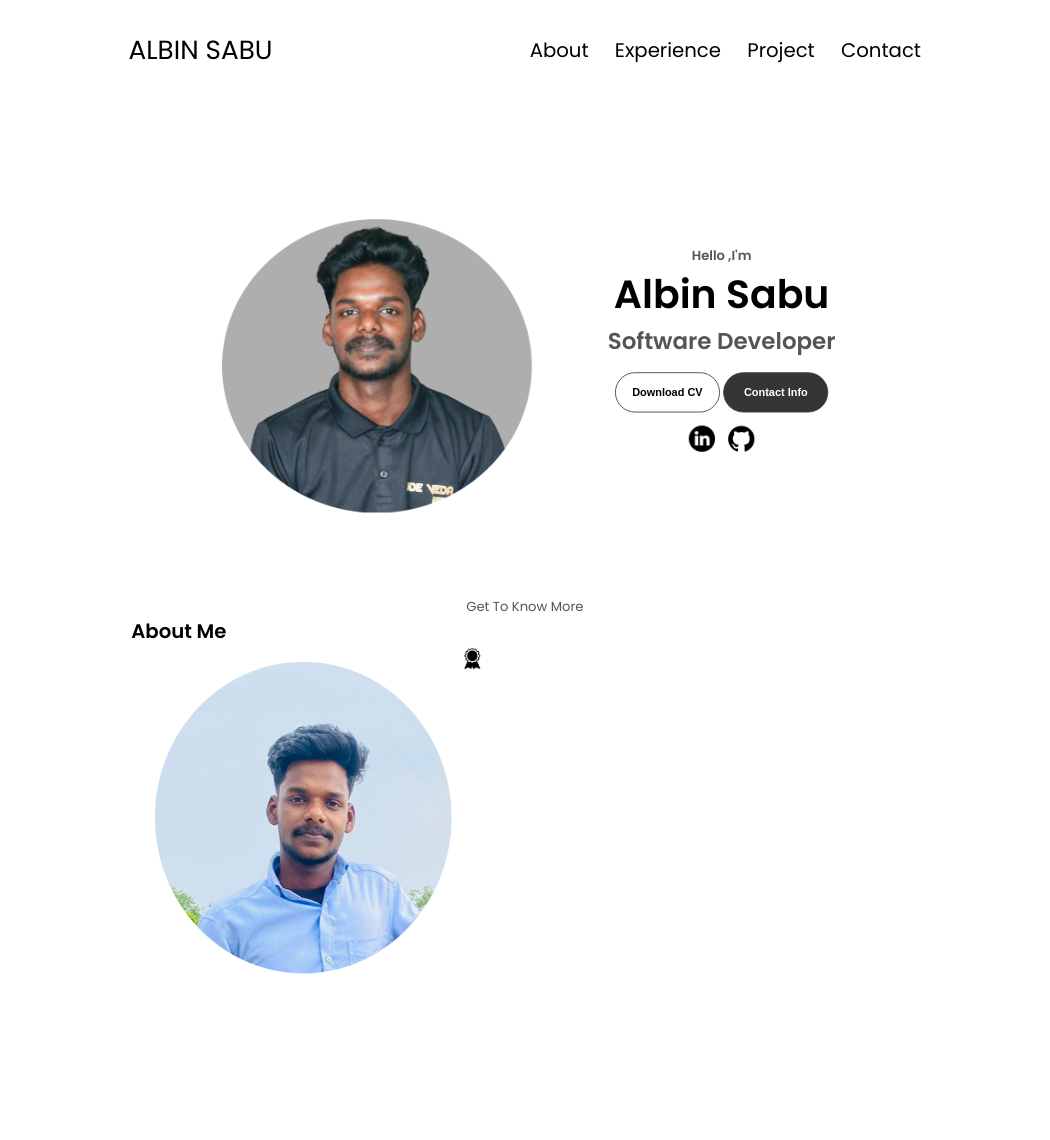
Repository: albinsabu2023/albinsabu
Page: index.html
The author's editor kept a copy of each file at every save. The page is drawn from the files as they stood at one save, then again after the next save.
The browser window is 1280 px wide. The pictures show the whole page, at 82% of full size.

Above is the page before, as saved 2023-08-30 11:50:14.

### index.html
<!DOCTYPE html>
<html lang="en">
<link>
    <meta charset="UTF-8">
    <meta name="viewport" content="width=device-width, initial-scale=1.0">
    <title>Albin Sabu</title>
    <link rel="stylesheet" href="style.css"/>
    <link rel="stylesheet" href="mediaqueries.css">
</head>
<body>
    <nav id="desktop-nav">
        <div class="logo">
            ALBIN SABU
        </div>
        <div>
            <ul class="nav-links">
                <li><a href="#about">About</a></li>
                <li><a href="#experience">Experience</a></li>
                <li><a href="#project">Project</a></li>
                <li><a href="#contact">Contact</a></li>
            </ul>
        </div>
    </nav>
    <nav id="hamburger-nav">
        <div clas="logo"> ALBIN SABU</div>
        <div class="hamburger-menu">
            <div class="hamburger-icon" onclick="toggleMenu()">
                <span></span>
                <span></span>
                <span></span>
            </div>
            <div class="menu-links">
                <li><a href="#about" onclick="toggleMenu()">About</a></li>
                <li><a href="#about" onclick="toggleMenu()">Experience</a></li>
                <li><a href="#about" onclick="toggleMenu()">Project</a></li>
                <li><a href="#about" onclick="toggleMenu()">Contact</a></li>
            </div>
        </div>
    </nav>
    <section id="profile">
        <div class="section__pic-container">
            <img src="./assets/Albin Sabu2.png" alt="profile-pic">
        </div>
        <div class="section__text">
            <p class="section__text__p1">Hello ,I'm</p>
            <h1 class="title">Albin Sabu</h1>
            <p class="section__text__p2">Software Developer</p>
            <div class="btn_container">
                <button class="btn btn-color-2" onclick="window.open('./assets/Albin sabu.pdf')">Download CV</button>
                <button class="btn btn-color-1" onclick="location.href='#contact'">Contact Info</button>
            </div>
            <div id="social-container">
                <img src="./assets/linkedin.png" alt="My Linkedin Profile" class="icon" onclick="location.href='https://www.linkedin.com/in/albin-sabu-377798230'">
                <img src="./assets/github.png" alt="My Github Profile" class="icon" onclick="location.href='https://github.com/albinsabu2023'">

            </div>
        </div>
    </section>
    <section id="about">
        <p class="section__text__p1">Get To Know More</p>
        <h1>About Me</h1>
        <div class="section-container">
            <div class="section__pic-container">
                <img src="./assets//about-pic.png" alt="profilepicture" class="about-pic">
            </div>
            <div class="about-details-container">
                <div class="about-container">
                    <div class="details-container">
                        <img src="./assets/experience.png" alt="experience icon" class="icon">
                    </div>
                </div>

            </div>
        </div>
    </section>
    <script src="script.js"></script>
</body>
</html>

### style.css
@import url('https://fonts.googleapis.com/css2?family=Poppins:ital,wght@0,300;0,400;0,500;0,600;1,200;1,300;1,500;1,600&display=swap');

* {
    margin: 0;
    padding: 0;
}

body {
    font-family: 'Poppins', sans-serif;
}

html {
    scroll-behavior: smooth;
}

p {
    color: rgb(85, 85, 85);
}

a,
.btn {
    transition: all 300ms ease
}

/* Desktop navigation */
nav,
.nav-links {
    display: flex;

}

nav {
    justify-content: space-around;
    align-items: center;
    height: 17vh;

}

.nav-links {
    gap: 2rem;
    list-style: none;
    font-size: 1.5rem;
}
a{
    color:black;
    text-decoration: none;
    text-decoration-color: white;
}

a:hover{
    color:gray;
    text-decoration:underline;
    text-underline-offset:1rem ;
    text-decoration-color:rgb(181,181,181);
}

.logo{
    font-size:2rem;
}

#hamburger-nav{
    display:none;
}
.hamburger-menu{
    position: relative;
    display:inline-block;
}
.hamburger-icon{
    display: flex;
    flex-direction: column;
    justify-content: space-between;
    height: 24px;
    width: 30px;
    cursor: pointer;
}

.hamburger-icon span{
    width:100%;
    height: 2px;
    background-color: black;
    transition: all 0.3 ease-in-out;
}

.menu-links{
    position:absolute;
    top:100%;
    right:0%;

    width: fit-content;
    max-height: 0;
    overflow: hidden;
    transition: all 0.3 ease-in-out;
}

.menu-links{
    display: block;
    padding: 10px;
    text-align: center;
    font-size: 1.5rem;
    color: black;
    text-decoration: none;
    transform: all 0.3 ease-in-out;
}

.menu-links li{
    list-style: none;

}

.menu-links.open{
    max-height: 300px;
}

.hamburger-icon.open span:first-child{
    transform:rotate(45deg) translate(10px,5px);
}
.hamburger-icon.open span:nth-child(2){
   opacity:0;
}
.hamburger-icon.open span:last-child{
    transform:rotate(-45deg) translate(10px,-5px);
}

.hamburger-icon span:first-child{
    transform: none;
}
.hamburger-icon span:first-child{
    opacity:1;
}
.hamburger-icon span:first-child{
    transform: none;
}

section{
    padding-top:4vh ;
    height: 96vh;
    margin: 0 10rem;
    box-sizing: border-box;
    min-height: fit-content;
}

.section-container{
    display: flex;
}

#profile{
    display: flex;
    justify-content: center;
    gap: 5rem;
    height:  80vh;
}

.section__pic-container{
    display: flex;
    height: 400px;
    width: 400px;
    margin: auto 0;
}

.section__text{

    align-self:center;
    text-align: center;
}

.section__text p{
    font-weight: 600;
}
.section__text__p1{
    text-align: center;

}
.section__text__p2 {

    font-size: 1.75rem;
    margin-bottom: 1rem;
}

.title{
    font-size:3rem;
    text-align: center;
}
#social-container{
    display: flex;
    justify-content: center;
    margin-top: 1rem;
    gap: 1rem;
}

/* icon */
.icon{
    cursor: pointer;
    height: 2rem;
}

.btn-container{
    display: flex;
    justify-content:center;
    gap: 1rem;
}
.btn{
    font-weight: 600;
    transition: all 300ms ease;
    padding: 1rem;
    width: 8rem;
    border-radius: 2rem;

}

.btn-color-1,.btn-color-2{
    border:rgb(53,53,53) 0.1rem solid;
}
.btn-color-1:hover,
.btn-color-2:hover {
   cursor:pointer
}
.btn-color-1,
.btn-color-2:hover {
   background: rgb(53,53,53);
   color: white;
}

.btn-color-1:hover{
    background-color: rgb(0,0,0);

}
.btn-color-2{
    background:none
    ;
}
.btn-color-2:hover{
    border:rgb(255,255,255) 0.1rem solid;
}

### mediaqueries.css
@media screen and (max-width:1200px){
    #desktop-nav{
        display: none;
    }
    #hamburger-nav{
        display: flex;
    }
}

Loaded but not shown: script.js (common file)

After the next save:
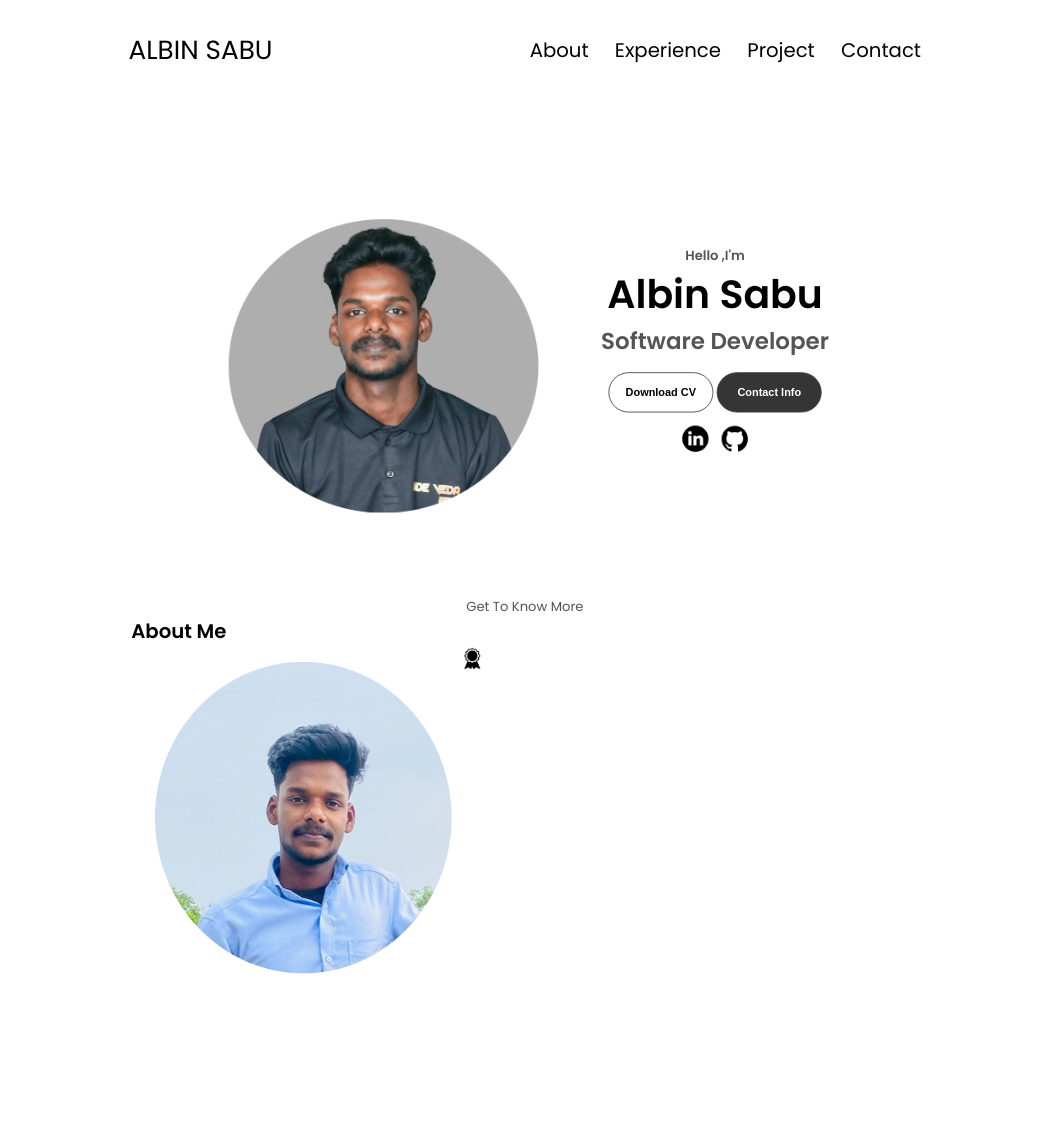
Saved 65 s later.
--- a/style.css
+++ b/style.css
@@ -146,7 +146,7 @@
 #profile{
     display: flex;
     justify-content: center;
-    gap: 5rem;
+    gap: 4rem;
     height:  80vh;
 }
 

After the save that followed:
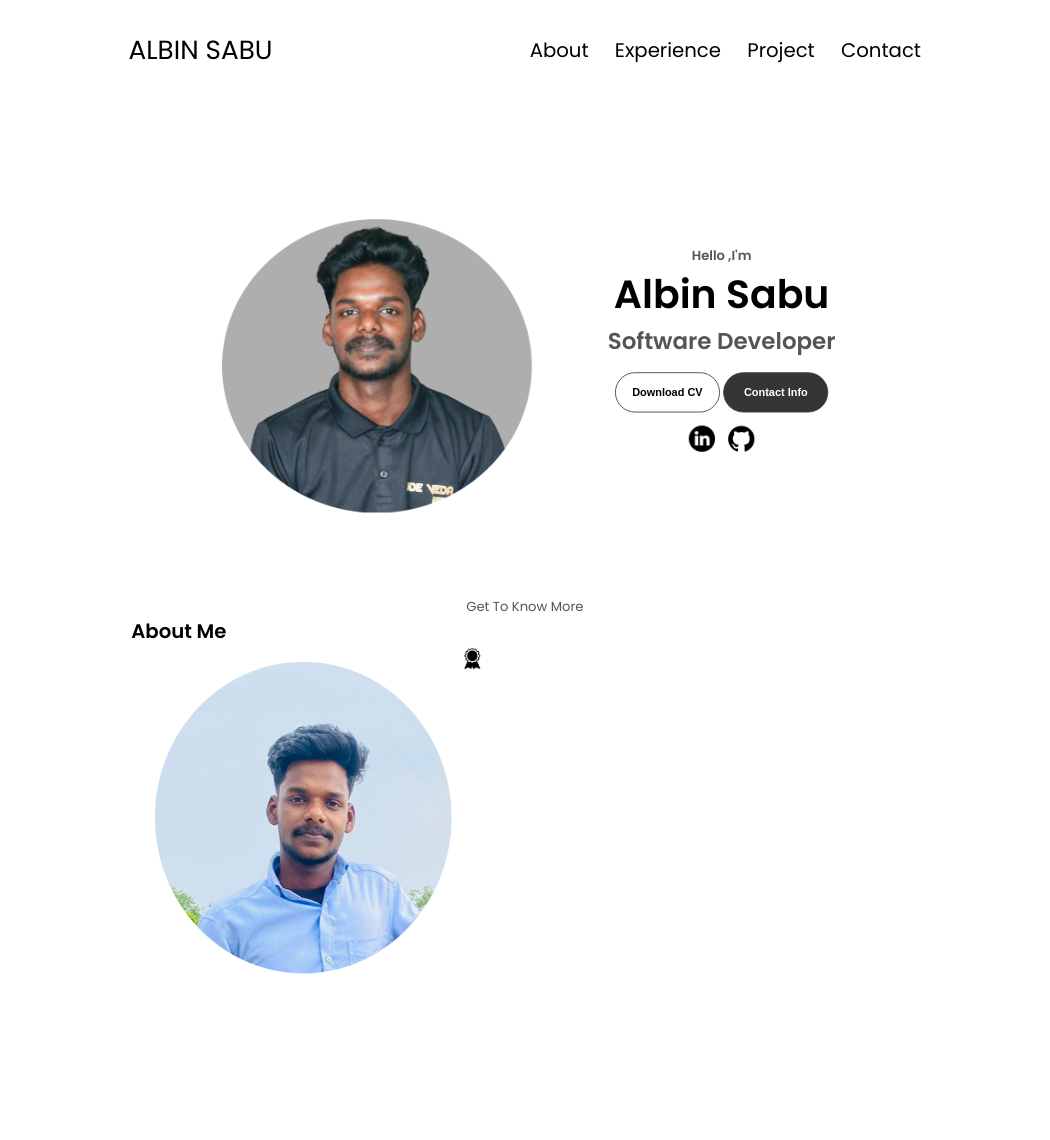
Saved 12 s later.
--- a/style.css
+++ b/style.css
@@ -146,7 +146,7 @@
 #profile{
     display: flex;
     justify-content: center;
-    gap: 4rem;
+    gap: 5rem;
     height:  80vh;
 }
 
